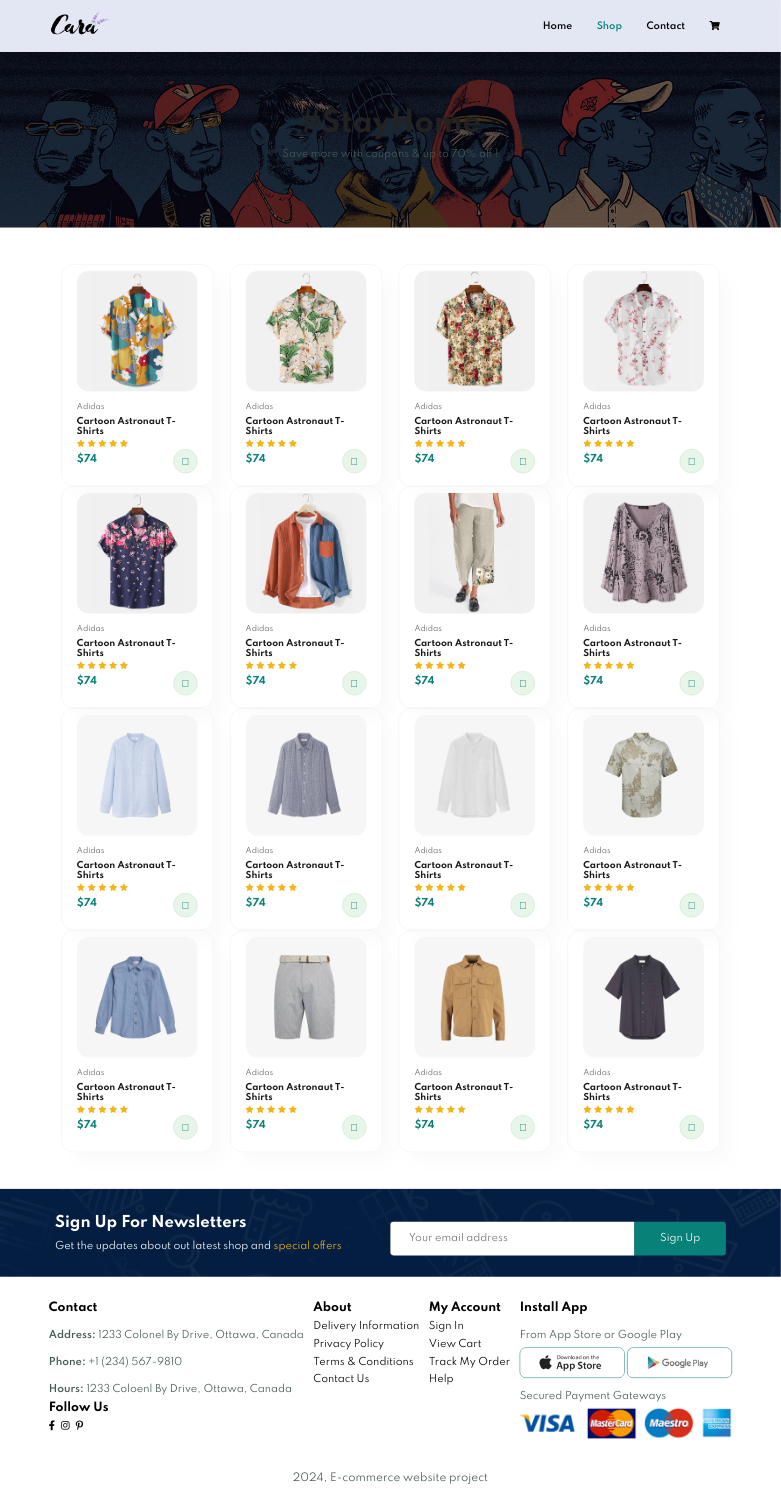
Repository: Daryllgio/E-Commerce-Website-UI
Page: shop.html
An editor plug-in stored every save of this project. The page is shown before and after the next save, followed by the edit.
The browser window is 1280 px wide. The pictures show the whole page, at 61% of full size.
Some web libraries are served in a nearby version.

Above is the page before, as saved 2025-01-01 09:28:28.

After the next save:
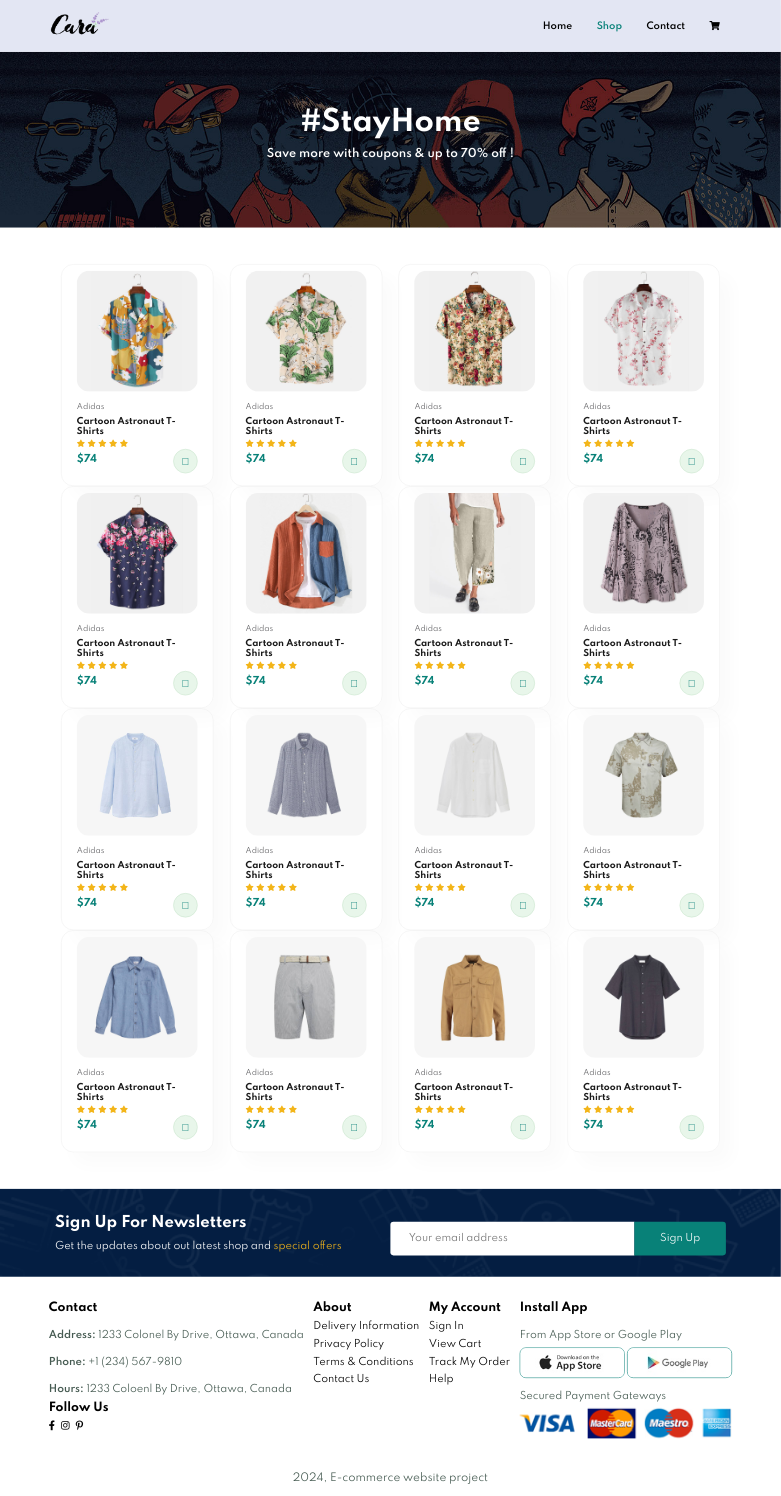
Saved 7 min 43 s later.
--- a/style.css
+++ b/style.css
@@ -538,11 +538,11 @@ body {
   justify-content: center;
 }
 
-#ShopPagebanner h2 {
-  color: #fff;
-}
-
-#ShopPagebanner p {
+#ShopPageheader h2 {
+  color: #fff;
+}
+
+#ShopPageheader p {
   color: #fff;
   font-size: 18px;
   font-weight: 600;
